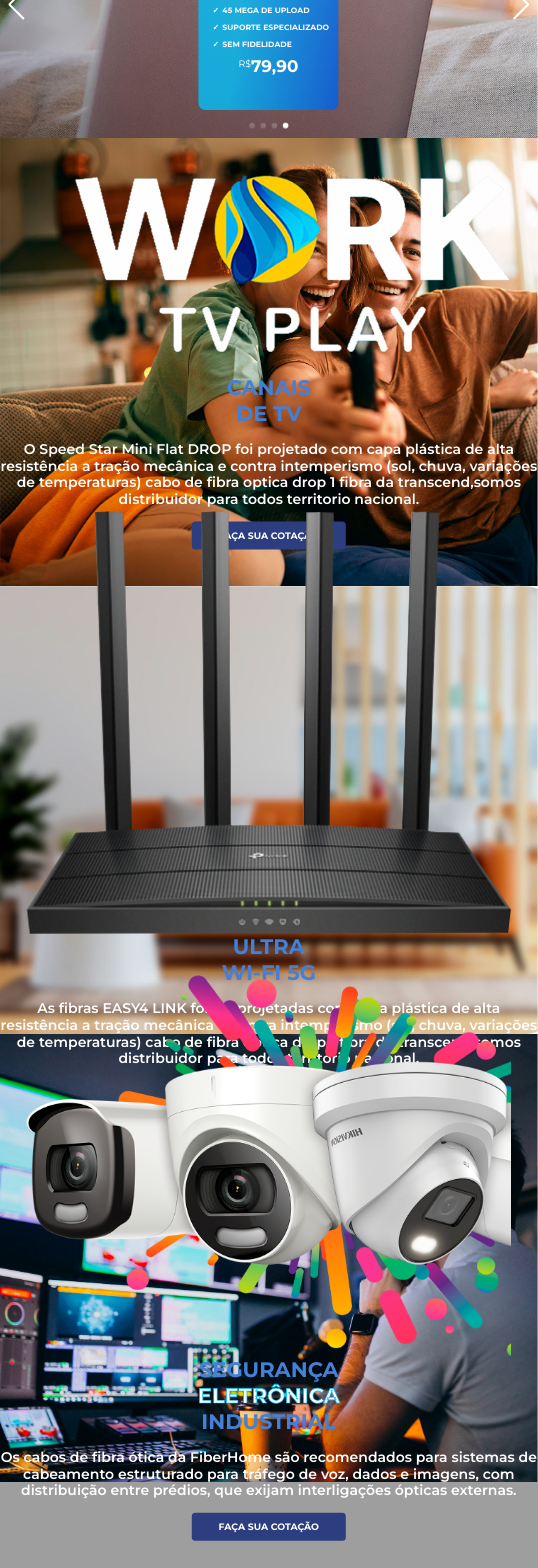
Repository: mateus-henrique-silva/WorkBandaLarga
Page: site_work/src/Pages/campos.html
These files come from the project's save history. The page is drawn as it stood at one moment and after a run of saves; the edit follows.
The browser window is 768 px wide. The pictures show the part of the page from y = 1203 to 3443 px (the page is 4897 px tall), at 70% of full size.
Pictures or frames that could not be fetched are drawn as grey boxes. Backgrounds fixed to the window are drawn as part of the page. Some web fonts or font styles are not loaded; a fallback is used.

Above is the page before, as saved 2022-09-20 10:29:57.

After the next 2 saves:
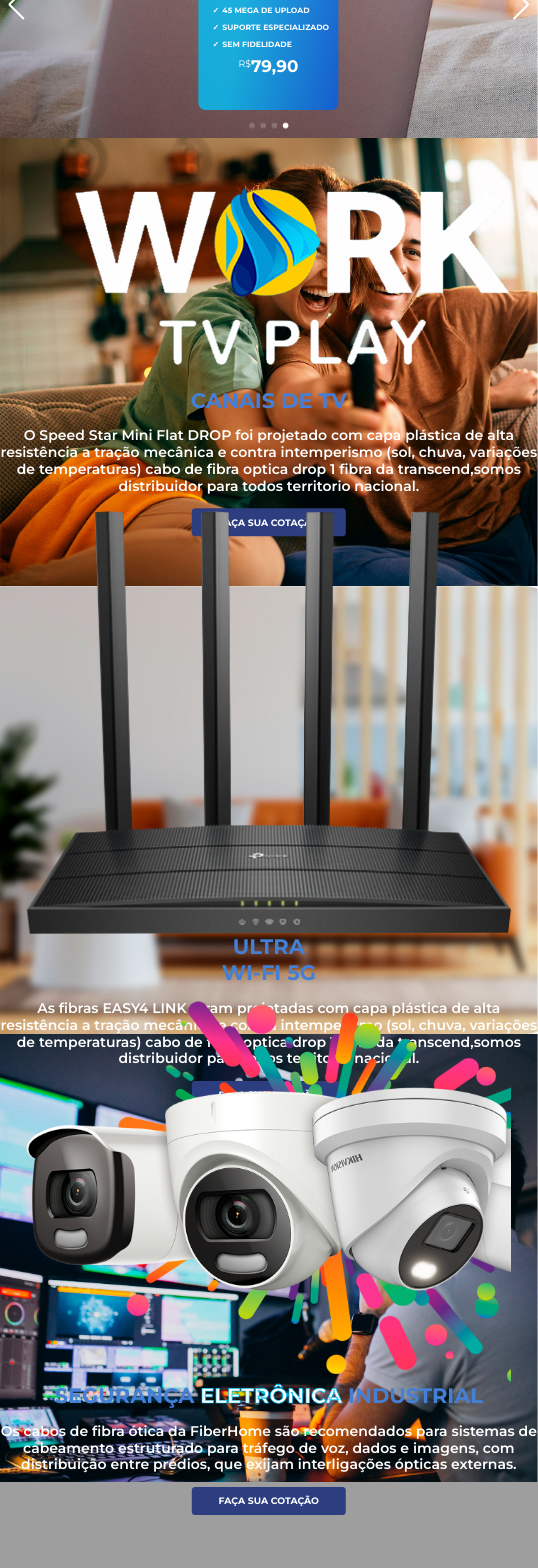
The 2 saves are shown as one change because they came seconds apart.
The last was saved 41 s later.
--- a/site_work/src/CSS/Main/Text/style.css
+++ b/site_work/src/CSS/Main/Text/style.css
@@ -128,6 +128,10 @@
     width: 100% !important;
   }
 
+  .ajust-two br {
+    display: none;
+  }
+
   .ajust-two p {
     width: 100% !important;
   }
